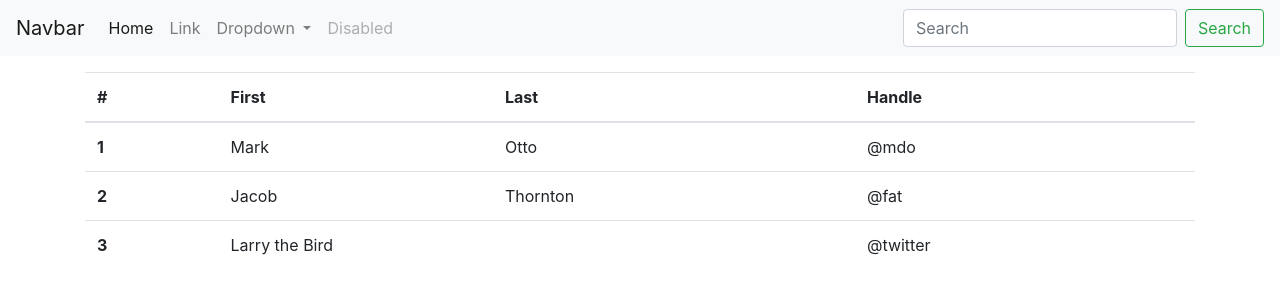
Repository: syawal2kalii/oop-php
Page: http://localhost/simple-login-register/view/admin.php
An editor plug-in stored every save of this project. The page is shown before and after the next save, followed by the edit.
The browser window is 1280 px wide. The pictures show the whole page.
The page is run by PHP 8.4 with error messages shown; the project is at /var/www/html/.

Above is the page before, as saved 2020-03-09 18:58:07.

After the next save:
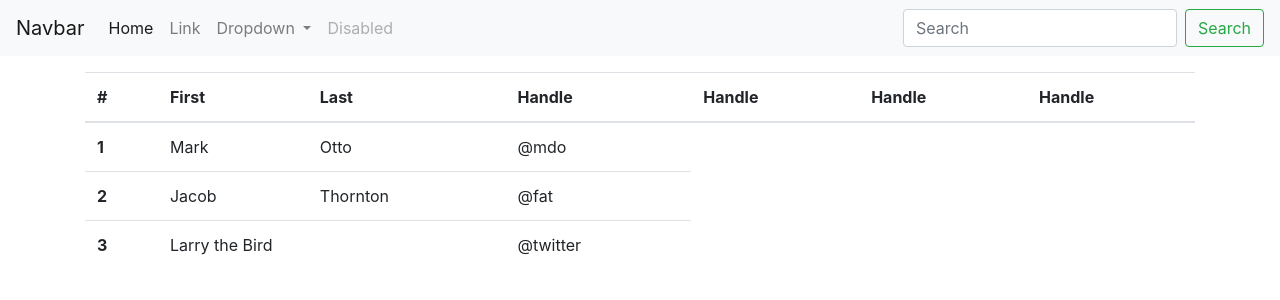
Saved 2 min 50 s later.
--- a/view/admin.php
+++ b/view/admin.php
@@ -58,6 +58,9 @@
             <th scope="col">First</th>
             <th scope="col">Last</th>
             <th scope="col">Handle</th>
+            <th scope="col">Handle</th>
+            <th scope="col">Handle</th>
+            <th scope="col">Handle</th>
             </tr>
         </thead>
         <tbody>

After the save that followed:
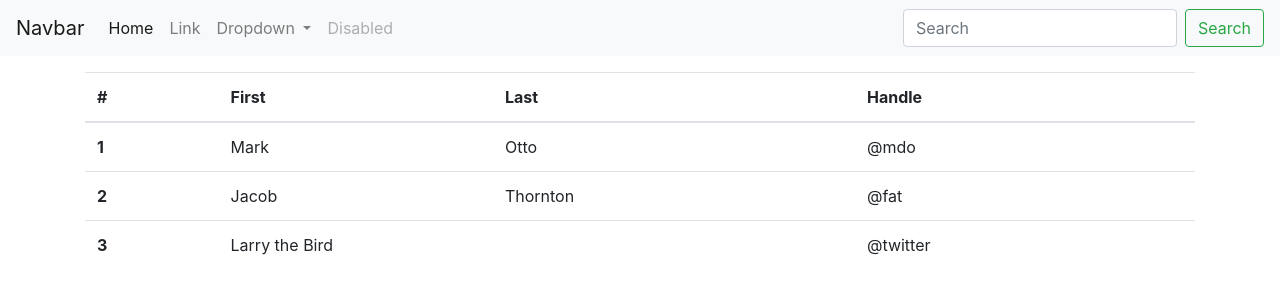
Saved 22 s later.
--- a/view/admin.php
+++ b/view/admin.php
@@ -58,9 +58,6 @@
             <th scope="col">First</th>
             <th scope="col">Last</th>
             <th scope="col">Handle</th>
-            <th scope="col">Handle</th>
-            <th scope="col">Handle</th>
-            <th scope="col">Handle</th>
             </tr>
         </thead>
         <tbody>
